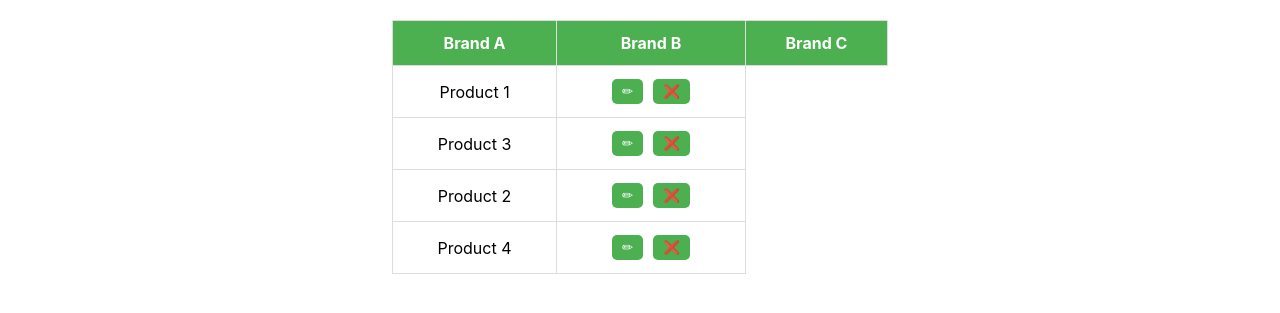
Repository: sunilkc-7/product-manager-app
Page: /
An editor plug-in stored every save of this project. The page is shown before and after the next save, followed by the edit.
The browser window is 1280 px wide. The pictures show the whole page.
The project was rebuilt for these pictures with package versions that can differ from the ones it lists, and the page was loaded fresh each time.

Above is the page before, as saved 2023-08-01 19:27:35.

### src/App.js
import React, { useState } from "react";
import "./App.css";
import data from "./data/data.json";

function App() {
  const [products, setProducts] = useState(
    data.map((p) => ({ ...p, isEditing: false }))
  );
  const [productName, setProductName] = useState("");
  const [search, setSearch] = useState("");
  const [newBrandName, setNewBrandName] = useState("");
  const [currentBrand, setCurrentBrand] = useState("");
  const [editedName, setEditedName] = useState("");

  const addProduct = () => {
    if (currentBrand && productName) {
      setProducts([
        ...products,
        { brand: currentBrand, name: productName, isEditing: false },
      ]);
      setProductName("");
    }
  };

  const deleteProduct = (productToDelete) => {
    setProducts(products.filter((product) => product !== productToDelete));
  };

  const editProduct = (productToEdit) => {
    setProducts(
      products.map((product) =>
        product === productToEdit ? { ...product, isEditing: true } : product
      )
    );
    setEditedName(productToEdit.name);
  };

  const updateProduct = (productToUpdate) => {
    setProducts(
      products.map((product) =>
        product === productToUpdate
          ? { ...product, name: editedName, isEditing: false }
          : product
      )
    );
  };

  const addBrandName = () => {
    if (newBrandName) {
      setProducts([
        ...products,
        { brand: newBrandName, name: "", isEditing: false },
      ]);
      setNewBrandName("");
    }
  };

  const brandNames = Array.from(new Set(products.map((p) => p.brand)));

  const filteredProducts = products.filter((product) =>
    product.name.toLowerCase().includes(search.toLowerCase())
  );

  return (
    <div className="App">
      <table>
        <thead>
          <tr>
            {brandNames.map((brandName, index) => (
              <th key={index}>{brandName}</th>
            ))}
          </tr>
        </thead>
        <tbody>
          {brandNames.map((brandName, index) => {
            const relatedProducts = filteredProducts
              .filter((p) => p.brand === brandName)
              .sort((a, b) => a.name.localeCompare(b.name));

            return relatedProducts.map((product, i) => (
              <tr key={i}>
                <td>
                  {product.isEditing ? (
                    <input
                      value={editedName}
                      onChange={(e) => setEditedName(e.target.value)}
                    />
                  ) : (
                    product.name
                  )}
                </td>
                <td>
                  {product.isEditing ? (
                    <button onClick={() => updateProduct(product)}>Save</button>
                  ) : (
                    <button onClick={() => editProduct(product)}>✏</button>
                  )}
                  <button onClick={() => deleteProduct(product)}>❌</button>
                </td>
              </tr>
            ));
          })}
        </tbody>
      </table>{" "}
    </div>
  );
}

export default App;

### src/App.css
:root {
  --button-padding: 5px 10px;
  --button-bg-color: #4caf50;
  --button-hover-bg-color: #45a049;
  --input-padding: 12px 20px;
  --input-border: 1px solid #ccc;
  --input-border-radius: 4px;
}

.App {
  align-items: center;
  display: flex;
  flex-direction: column;
  padding: 20px;
}

table {
  border-collapse: collapse;
  border-spacing: 10px;
  margin-bottom: 20px;
  width: 40%;
}

th,
td {
  border: 1px solid #ddd;
  padding: 8px;
  text-align: center;
}

th {
  background-color: var(--button-bg-color);
  color: white;
  padding-bottom: 12px;
  padding-top: 12px;
}

button {
  background-color: var(--button-bg-color);
  border: none;
  border-radius: 5px;
  color: white;
  cursor: pointer;
  margin: 5px;
  padding: var(--button-padding);
}

button:hover {
  background-color: var(--button-hover-bg-color);
}

input[type="text"],
select {
  border: var(--input-border);
  border-radius: var(--input-border-radius);
  box-sizing: border-box;
  display: inline-block;
  margin: 8px 0;
  padding: var(--input-padding);
}

.inputSearch {
  width: 40%;
}

.inputContainer {
  position: relative;
  width: 40%;
}

.inputWithButton {
  width: 100%;
}

.insideButton {
  cursor: pointer;
  margin: auto;
  position: absolute;
  right: 10px;
  top: 50%;
  transform: translateY(-50%);
  height: 29px;
  width: 37px;
  font-size: 18px;
}

.select-container {
  display: flex;
  flex-wrap: wrap;
  justify-content: space-between;
  width: 40%;
}

.buttonContainer {
  height: 44px;
  margin-top: 7px;
  width: auto;
}

### src/data/data.json
[
  { "brand": "Brand A", "name": "Product 1" },
  { "brand": "Brand B", "name": "Product 2" },
  { "brand": "Brand A", "name": "Product 3" },
  { "brand": "Brand C", "name": "Product 4" }
]

Loaded but not shown: public/index.html (common file); src/index.js (common file); src/index.css (common file); src/reportWebVitals.js (common file)

After the next save:
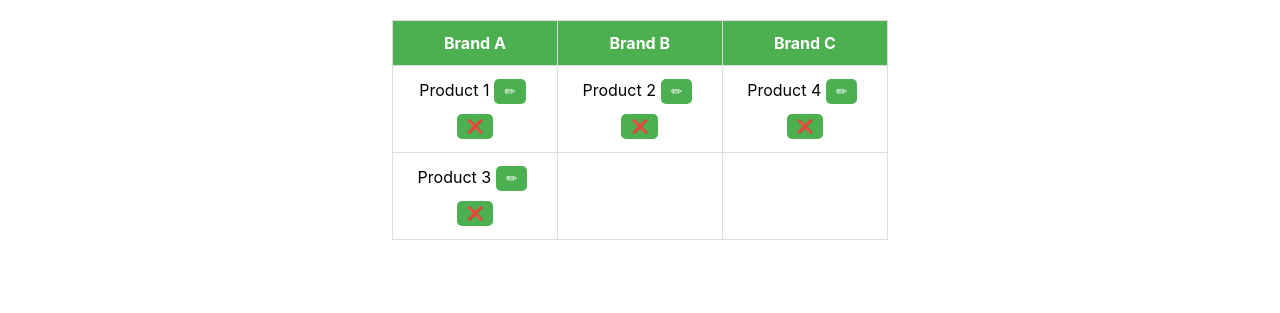
Saved 18 s later.
--- a/src/App.js
+++ b/src/App.js
@@ -61,47 +61,61 @@
     product.name.toLowerCase().includes(search.toLowerCase())
   );
 
+  const maxProductsInBrand = brandNames.reduce((max, brandName) => {
+    const relatedProducts = filteredProducts.filter(
+      (p) => p.brand === brandName
+    );
+    return relatedProducts.length > max ? relatedProducts.length : max;
+  }, 0);
+
   return (
     <div className="App">
+      {/* All other JSX */}
+
       <table>
         <thead>
           <tr>
-            {brandNames.map((brandName, index) => (
-              <th key={index}>{brandName}</th>
+            {brandNames.map((brandName) => (
+              <th key={brandName}>{brandName}</th>
             ))}
           </tr>
         </thead>
         <tbody>
-          {brandNames.map((brandName, index) => {
-            const relatedProducts = filteredProducts
-              .filter((p) => p.brand === brandName)
-              .sort((a, b) => a.name.localeCompare(b.name));
+          {Array.from({ length: maxProductsInBrand }, (_, i) => (
+            <tr key={i}>
+              {brandNames.map((brandName) => {
+                const relatedProducts = filteredProducts
+                  .filter((p) => p.brand === brandName)
+                  .sort((a, b) => a.name.localeCompare(b.name));
 
-            return relatedProducts.map((product, i) => (
-              <tr key={i}>
-                <td>
-                  {product.isEditing ? (
-                    <input
-                      value={editedName}
-                      onChange={(e) => setEditedName(e.target.value)}
-                    />
-                  ) : (
-                    product.name
-                  )}
-                </td>
-                <td>
-                  {product.isEditing ? (
-                    <button onClick={() => updateProduct(product)}>Save</button>
-                  ) : (
-                    <button onClick={() => editProduct(product)}>✏</button>
-                  )}
-                  <button onClick={() => deleteProduct(product)}>❌</button>
-                </td>
-              </tr>
-            ));
-          })}
+                const product = relatedProducts[i];
+                return product ? (
+                  <td key={product.name}>
+                    {product.isEditing ? (
+                      <input
+                        value={editedName}
+                        onChange={(e) => setEditedName(e.target.value)}
+                      />
+                    ) : (
+                      product.name
+                    )}
+                    {product.isEditing ? (
+                      <button onClick={() => updateProduct(product)}>
+                        Save
+                      </button>
+                    ) : (
+                      <button onClick={() => editProduct(product)}>✏</button>
+                    )}
+                    <button onClick={() => deleteProduct(product)}>❌</button>
+                  </td>
+                ) : (
+                  <td key={brandName + i}></td>
+                );
+              })}
+            </tr>
+          ))}
         </tbody>
-      </table>{" "}
+      </table>
     </div>
   );
 }
